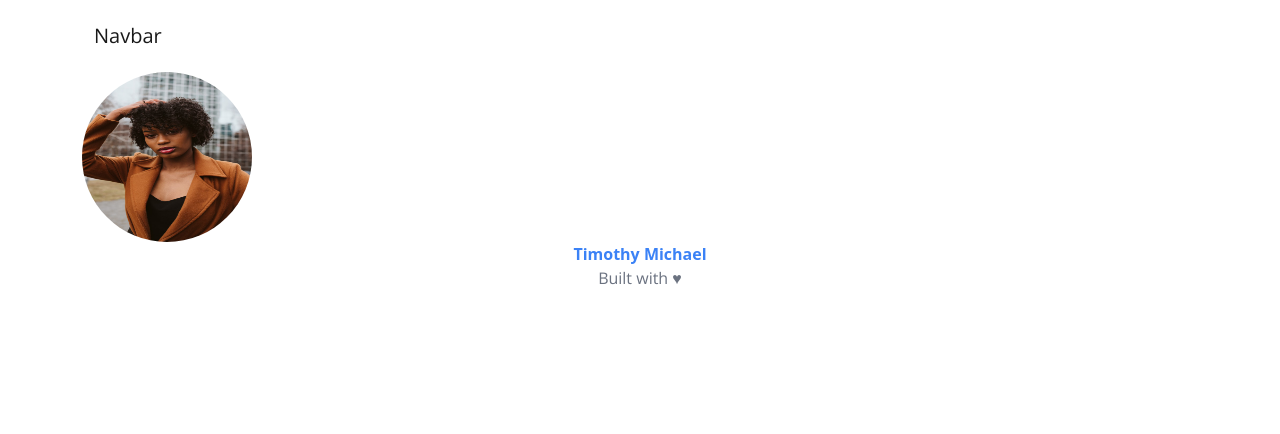
Repository: latenightsnacc/giggles
Page: HTML/CV.html
The author's editor kept a copy of each file at every save. The page is drawn from the files as they stood at one save, then again after the next save.
The browser window is 1280 px wide. The pictures show the whole page.
Some web libraries are served in a nearby version.

Above is the page before, as saved 2021-01-04 14:57:46.

### HTML/CV.html
<!DOCTYPE html>
<html lang="en">
<head>
    <meta charset="UTF-8">
    <meta name="viewport" content="width=device-width, initial-scale=1.0">
    <link href="https://cdnjs.cloudflare.com/ajax/libs/tailwindcss/2.0.2/tailwind.min.css" rel="stylesheet">
    <link rel="stylesheet" href="https://stackpath.bootstrapcdn.com/font-awesome/4.7.0/css/font-awesome.min.css" />
    <link href="https://cdn.jsdelivr.net/npm/bootstrap@5.0.0-beta1/dist/css/bootstrap.min.css" rel="stylesheet" integrity="sha384-giJF6kkoqNQ00vy+HMDP7azOuL0xtbfIcaT9wjKHr8RbDVddVHyTfAAsrekwKmP1" crossorigin="anonymous">
    <link rel="stylesheet" href="stylesheet.css">
    <title>CV Page</title>
</head>
<body class="overflow-x-hidden">
    <!--Navigation-->
    <header class="container">
        <nav class="navbar navbar-expand-lg navbar-light bg-white py-3">
            <div class="container-fluid">
              <a class="navbar-brand" href="search.html">Navbar</a>
              <button class="navbar-toggler" type="button" data-bs-toggle="collapse" data-bs-target="#navbarNavDropdown" aria-controls="navbarNavDropdown" aria-expanded="false" aria-label="Toggle navigation">
                <span class="navbar-toggler-icon"></span>
              </button>
              <div class="collapse navbar-collapse" id="navbarNavDropdown">

              </div>
            </div>
        </nav>
    </header>
    <main>
        <!--CV Profile-->
        <div class="container">
            <div class="row">
                <div class="col-xs-12 col-sm-12 col-md-3 col-lg-3 col-xl-3">
                    <div >
                        <img class="rounded-full" src="assets/userDp.jpg" style="width: 170px;height: 170px;" alt="profile picture">
                    </div>
                </div>
                <div class="col-xs-12 col-sm-12 col-md-9 col-lg-9 col-xl-9"></div>
            </div>
        </div>
    </main>
    <footer class="text-center text-l text-blue-500 font-semibold">
        Timothy Michael
        <p class="text-gray-500">Built with &hearts;</p>
    </footer>

    <script src="https://cdn.jsdelivr.net/npm/bootstrap@5.0.0-beta1/dist/js/bootstrap.bundle.min.js" integrity="sha384-ygbV9kiqUc6oa4msXn9868pTtWMgiQaeYH7/t7LECLbyPA2x65Kgf80OJFdroafW" crossorigin="anonymous"></script>

</body>
</html>

### HTML/stylesheet.css
@import url('https://fonts.googleapis.com/css2?family=Montserrat:wght@400;700&family=Open+Sans:wght@300;400&display=swap');

h1, h2, h3, h4, h5, h6 {
    font-family: 'Montserrat', sans-serif;
}
.user-info h1 {
    line-height: 60px;
    font-size: 50px;
    font-weight: 700;
    margin-top: 20px;
}
.user-info h2 {
    line-height: 27px;
    font-size: 18px;
    font-weight: 400;
    margin-top: 15px;
}
.user-info span {
    line-height: 36px;
    font-size: 30px;
    font-weight: 600;
}
.user-info p {
    margin: 5px 0;
}
.user-info button {
    margin-top: 10px;
}
p, div, a, button {
    font-family: 'Open Sans', sans-serif;
    font-weight: 300;
}

.work-experience .row:hover .text {
    border:2px solid  #3b82f6;

}
.work-experience .row:hover .flex .no {
    border:1px solid #3b82f6;

}
.nav-link {
    color: #3b82f6 !important;
}
.nav-item .active{
    font-weight: 600;
}

After the next save:
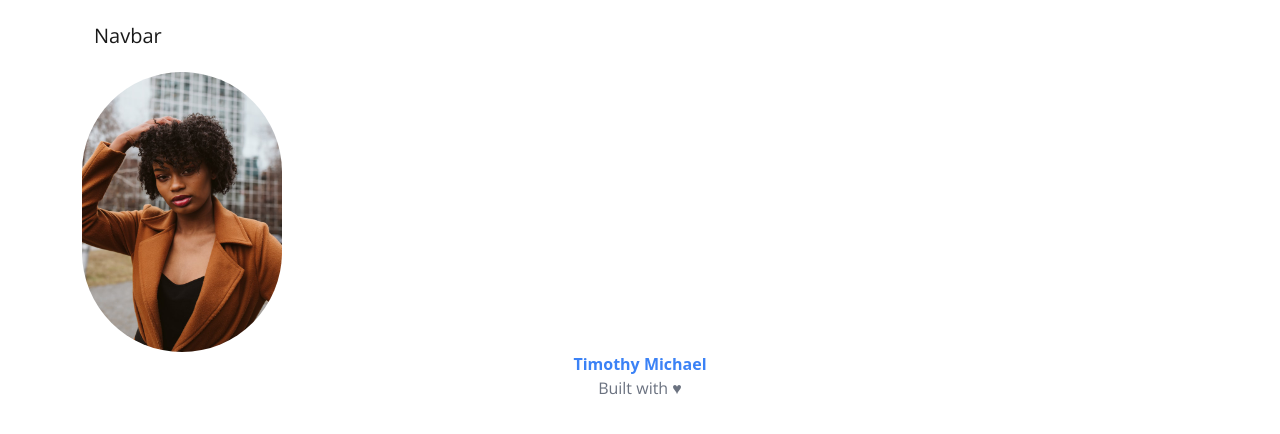
Saved 14 s later.
--- a/HTML/CV.html
+++ b/HTML/CV.html
@@ -30,7 +30,7 @@
             <div class="row">
                 <div class="col-xs-12 col-sm-12 col-md-3 col-lg-3 col-xl-3">
                     <div >
-                        <img class="rounded-full" src="assets/userDp.jpg" style="width: 170px;height: 170px;" alt="profile picture">
+                        <img class="rounded-full" src="assets/userDp.jpg" style="width:200px" alt="profile picture">
                     </div>
                 </div>
                 <div class="col-xs-12 col-sm-12 col-md-9 col-lg-9 col-xl-9"></div>
